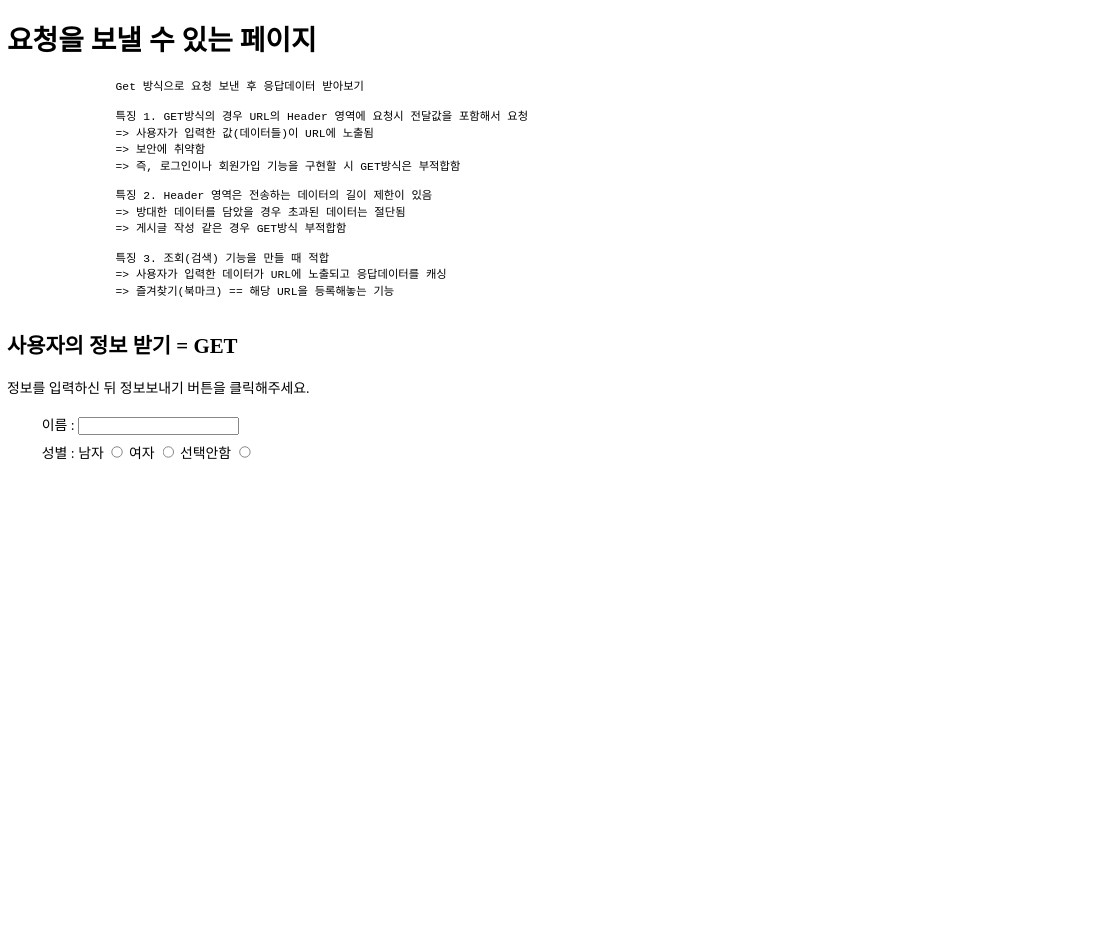
Repository: ghksl0204-shapa/dynamic-web
Page: MyFirstWebProject/src/main/webapp/views/post.html
The author's editor kept a copy of each file at every save. The page is drawn from the files as they stood at one save, then again after the next save.
The browser window is 1280 px wide. The pictures show the whole page, at 87% of full size.

Above is the page before, as saved 2026-05-04 05:09:47.

After the next save:
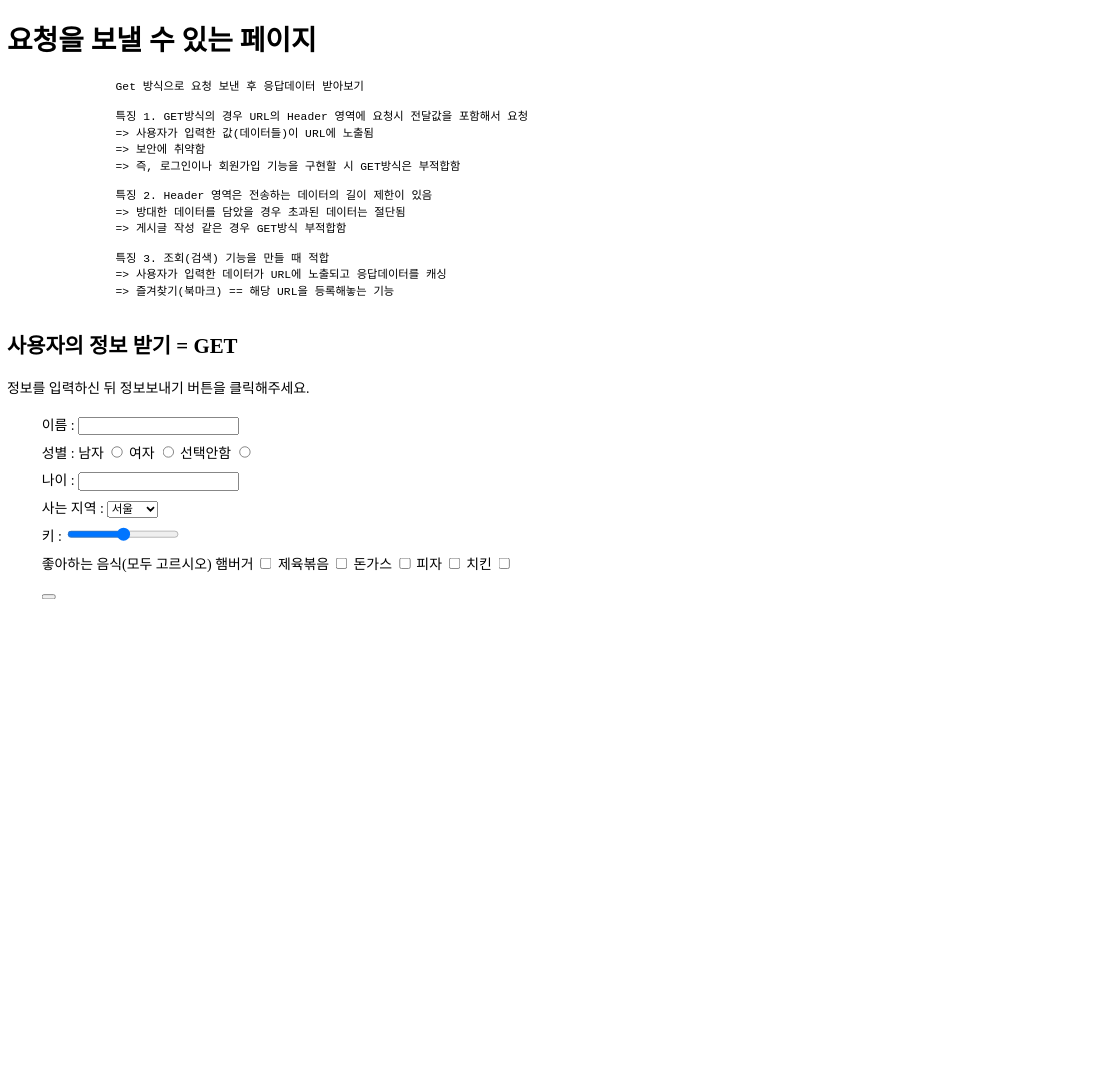
Saved 10 min 22 s later.
--- a/MyFirstWebProject/src/main/webapp/views/post.html
+++ b/MyFirstWebProject/src/main/webapp/views/post.html
@@ -41,24 +41,33 @@
 			</li>
 			<li>
 				성별 :
-				남자 <input type="radio" name="gender" />
-				여자 <input type="radio" name="gender" />
-				선택안함 <input type="radio" name="gender" />
+				남자 <input type="radio" name="gender" value="남자" />
+				여자 <input type="radio" name="gender" value="여자" />
+				선택안함 <input type="radio" name="gender" value="선택 안 함" />
 			</li>
 			<li>
-
+				나이 : <input type="number" name="age" />
 			</li>
 			<li>
-
+				사는 지역 :
+				<select name="city">
+					<option>서울</option>
+					<option value="제주">제주도</option>
+				</select>
 			</li>
 			<li>
-
+				키 : <input type="range" min="130" max="220" name="height" />
 			</li>
 			<li>
-
+				좋아하는 음식(모두 고르시오)
+				햄버거 <input type="checkbox" name="food" value="햄버거" />
+				제육볶음 <input type="checkbox" name="food" value="제육볶음" />
+				돈가스 <input type="checkbox" name="food" value="돈가스" />
+				피자 <input type="checkbox" name="food" value="피자" />
+				치킨 <input type="checkbox" name="food" value="치킨" />
 			</li>
 			<li>
-
+				<button type="submit"></button>
 			</li>
 		</ul>
 	</form>
